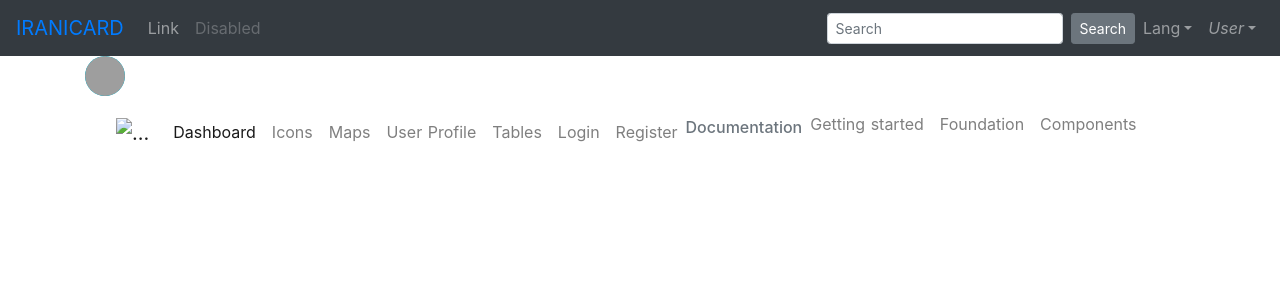
Repository: hosseinemami1370/iranicard
Page: /user
An editor plug-in stored every save of this project. The page is shown before and after the next save, followed by the edit.
The browser window is 1280 px wide. The pictures show the whole page.
Pictures or frames that could not be fetched are drawn as grey boxes. The page's requests for data from a server got no answer. The project was rebuilt for these pictures with package versions that can differ from the ones it lists, and the page was loaded fresh each time. The framework's server and built-in components were replaced by stand-ins that run in the browser. No one was signed in, and anything a server would have sent is missing. Also part of the build but not shown: nuxt.config.js, components/Header.vue, components/Logo.vue, components/UI/AppButton.vue, layouts/admin.vue, layouts/error.vue.

Above is the page before, as saved 2021-03-15 00:01:03.
Not found: img/brand/green.png
Not found: img/theme/team-1.jpg

### components/navigation/Header.vue
<template>


<div>
  <b-navbar toggleable="lg" type="dark" variant="dark">
    <b-navbar-brand  ><nuxt-link to="/">IRANICARD</nuxt-link></b-navbar-brand>

    <b-navbar-toggle target="nav-collapse"></b-navbar-toggle>

    <b-collapse id="nav-collapse" is-nav>
      <b-navbar-nav>
        <b-nav-item href="#">Link</b-nav-item>
        <b-nav-item href="#" disabled>Disabled</b-nav-item>
      </b-navbar-nav>

      <!-- Right aligned nav items -->
      <b-navbar-nav class="ml-auto">
        <b-nav-form>
          <b-form-input size="sm" class="mr-sm-2" placeholder="Search"></b-form-input>
          <b-button size="sm" class="my-2 my-sm-0" type="submit">Search</b-button>
        </b-nav-form>

        <b-nav-item-dropdown text="Lang" right>
          <b-dropdown-item href="#">EN</b-dropdown-item>
          <b-dropdown-item href="#">ES</b-dropdown-item>
          <b-dropdown-item href="#">RU</b-dropdown-item>
          <b-dropdown-item href="#">FA</b-dropdown-item>
        </b-nav-item-dropdown>

        <b-nav-item-dropdown right>
          <!-- Using 'button-content' slot -->
          <template #button-content>
            <em>User</em>
          </template>
          <b-dropdown-item href="#">Profile</b-dropdown-item>
          <b-dropdown-item @click="onLogout">Sign Out</b-dropdown-item>
        </b-nav-item-dropdown>
      </b-navbar-nav>
    </b-collapse>
  </b-navbar>
</div>
</template>

<script>


export default {
  middleware: ["check-auth"],

  methods: {
    onLogout() {
      this.$store.dispatch("logout");
      this.$router.push("/auth");
    }
  }

}
</script>



<style>

</style>

### layouts/default.vue
<template>
  <div>

    <Nuxt />
  </div>
</template>
<script>
// import Header from '@/components/navigation/Header'
 export default {
//    components:{
//      Header
//    }
computed:{

    loadedData() {
      return this.$store.getters.isAuthenticated

  }
}
 }

</script>

<style>
html {
  font-family:
    'Source Sans Pro',
    -apple-system,
    BlinkMacSystemFont,
    'Segoe UI',
    Roboto,
    'Helvetica Neue',
    Arial,
    sans-serif;
  font-size: 16px;
  word-spacing: 1px;
  -ms-text-size-adjust: 100%;
  -webkit-text-size-adjust: 100%;
  -moz-osx-font-smoothing: grayscale;
  -webkit-font-smoothing: antialiased;
  box-sizing: border-box;
}

*,
*::before,
*::after {
  box-sizing: border-box;
  margin: 0;
}

.button--green {
  display: inline-block;
  border-radius: 4px;
  border: 1px solid #3b8070;
  color: #3b8070;
  text-decoration: none;
  padding: 10px 30px;
}

.button--green:hover {
  color: #fff;
  background-color: #3b8070;
}

.button--grey {
  display: inline-block;
  border-radius: 4px;
  border: 1px solid #35495e;
  color: #35495e;
  text-decoration: none;
  padding: 10px 30px;
  margin-left: 15px;
}

.button--grey:hover {
  color: #fff;
  background-color: #35495e;
}
</style>

### layouts/header.vue
<template>
 <div>
   <Header />
   <nuxt />
 </div>

</template>

<script>
import Header from '@/components/navigation/Header'
export default {
    components:{
        Header

    },

}
</script>

<style>

</style>

### store/index.js
import Vuex from "vuex";

import Cookie from "js-cookie";

const createStore =() =>{
   return new Vuex.Store({
    state:{
        loadedData:[],
        token:null,
        // visibelLogout:true
    },
    mutations:{
        SETTOKEN(state,token){
            state.token=token;
        },
        CLEARTOKEN(state) {
            state.token = null;
          },
          SETEDATA(state,data){
            state.loadedData=data;
          }
        // SETVISIBLE(state,visible){
        //     state.visibelLogout=visible
        // }
    },
    actions:{
        authenticationUser(vuexContext,authData){
            let authUrl =
          "https://www.googleapis.com/identitytoolkit/v3/relyingparty/verifyPassword?key=" +
          process.env.fbAPIKey;
        if (!authData.isLogin) {
          authUrl =
            "https://www.googleapis.com/identitytoolkit/v3/relyingparty/signupNewUser?key=" +
            process.env.fbAPIKey;
        }
        return this.$axios
          .$post(authUrl, {
            email: authData.email,
            password: authData.password,
            returnSecureToken: true
          })
          .then(result => {
            console.log("result:",result);
            vuexContext.commit("SETEDATA",result.email);
            vuexContext.commit("SETTOKEN", result.idToken);
            localStorage.setItem("token", result.idToken);
            localStorage.setItem("data",result.email);
            console.log("result.expiresIn",result.expiresIn);
            localStorage.setItem(
              "tokenExpiration",
              new Date().getTime() + Number.parseInt(result.expiresIn) * 1000
            );
            Cookie.set("jwt", result.idToken);
            Cookie.set(
              "expirationDate",
              new Date().getTime() + Number.parseInt(result.expiresIn) * 1000
            );
          })
          .catch(e => {
            console.log('error1:', e);
            alert("usre or password invalid!")
          });
        },
        initAuth(vuexContext, req) {
            let token;
            let expirationDate;
            if (req) {
              if (!req.headers.cookie) {
                return;
              }
              const jwtCookie = req.headers.cookie
                .split(";")
                .find(c => c.trim().startsWith("jwt="));
              if (!jwtCookie) {
                return;
              }
              token = jwtCookie.split("=")[1];
              expirationDate = req.headers.cookie
                .split(";")
                .find(c => c.trim().startsWith("expirationDate="))
                .split("=")[1];
            }
            else {
              token = localStorage.getItem("token");
              expirationDate = localStorage.getItem("tokenExpiration");
            }
            if (new Date().getTime() > +expirationDate || !token) {
              console.log("No token or invalid token");
              vuexContext.dispatch("logout");
              return;
            }
            vuexContext.commit("SETTOKEN", token);
          },
          logout(vuexContext) {
            vuexContext.commit("CLEARTOKEN");
            Cookie.remove("jwt");
            Cookie.remove("expirationDate");
            if (process.client) {
              localStorage.removeItem("token");
              localStorage.removeItem("tokenExpiration");
            }
          },
        // setVisible(vuexContext,payload){
        //     vuexContext.commit("SETVISIBLE", payload);
        // }
    },
    getters: {
      loadedData(state) {
        return state.loadedData;
      },
      isAuthenticated(state) {
        return state.token != null;
      },
      // loadedVisible(state){
      //   return state.visibelLogout
      // }
    }
   })
}
export default createStore;

### plugins/core-component.js
import Vue from 'vue';
import AppButton from '@/components/UI/AppButton'
import Vuelidate from 'vuelidate'
Vue.use(Vuelidate)
Vue.component('AppButton', AppButton)

### pages/user/index.vue
<template>
  <div class="container">
    <!-- <b-button></b-button> -->
    <b-avatar variant="info" src="https://placekitten.com/300/300"></b-avatar>
    <span class="mr-auto">{{ email }}</span>
    <nav
      id="sidenav-main"
      class="navbar navbar-vertical fixed-left navbar-expand-md navbar-light bg-white"
    >
      <div class="container-fluid">
        <button
          type="button"
          data-toggle="collapse"
          aria-label="Toggle navigation"
          class="navbar-toggler"
        >
          <span class="navbar-toggler-icon"></span><span></span></button
        ><a href="#/" class="navbar-brand active"
          ><img src="img/brand/green.png" alt="..." class="navbar-brand-img"
        /></a>
        <ul class="nav align-items-center d-md-none">
          <li data-v-9e976cde="" class="nav-item dropdown">
            <a
              data-v-9e976cde=""
              href="#"
              role="button"
              aria-haspopup="true"
              aria-expanded="false"
              class="nav-link nav-link-icon"
              ><i data-v-9e976cde="" class="ni ni-bell-55"></i
            ></a>
            <ul data-v-9e976cde="" class="dropdown-menu dropdown-menu-right">
              <a data-v-9e976cde="" href="#" class="dropdown-item">Action</a
              ><a data-v-9e976cde="" href="#" class="dropdown-item"
                >Another action</a
              >
              <div data-v-9e976cde="" class="dropdown-divider"></div>
              <a data-v-9e976cde="" href="#" class="dropdown-item"
                >Something else here</a
              >
            </ul>
          </li>
          <li data-v-9e976cde="" class="nav-item dropdown">
            <a data-v-9e976cde="" href="#" role="button" class="nav-link"
              ><div data-v-9e976cde="" class="media align-items-center">
                <span data-v-9e976cde="" class="avatar avatar-sm rounded-circle"
                  ><img
                    data-v-9e976cde=""
                    alt="Image placeholder"
                    src="img/theme/team-1.jpg"
                /></span></div
            ></a>
            <ul data-v-9e976cde="" class="dropdown-menu dropdown-menu-right">
              <div data-v-9e976cde="" class="dropdown-header noti-title">
                <h6 data-v-9e976cde="" class="text-overflow m-0">Welcome!</h6>
              </div>
              <a href="#/profile" class="dropdown-item" data-v-9e976cde=""
                ><i class="ni ni-single-02"></i><span>My profile</span></a
              ><a href="#/profile" class="dropdown-item" data-v-9e976cde=""
                ><i class="ni ni-settings-gear-65"></i><span>Settings</span></a
              ><a href="#/profile" class="dropdown-item" data-v-9e976cde=""
                ><i class="ni ni-calendar-grid-58"></i><span>Activity</span></a
              ><a href="#/profile" class="dropdown-item" data-v-9e976cde=""
                ><i class="ni ni-support-16"></i><span>Support</span></a
              >
              <div data-v-9e976cde="" class="dropdown-divider"></div>
              <a data-v-9e976cde="" href="#!" class="dropdown-item"
                ><i data-v-9e976cde="" class="ni ni-user-run"></i
                ><span data-v-9e976cde="">Logout</span></a
              >
            </ul>
          </li>
        </ul>
        <div
          id="sidenav-collapse-main"
          class="navbar-collapse collapse show"
          style="display: none"
        >
          <div class="navbar-collapse-header d-md-none">
            <div class="row">
              <div class="col-6 collapse-brand">
                <a href="#/" class="active"
                  ><img src="img/brand/green.png"
                /></a>
              </div>
              <div class="col-6 collapse-close">
                <button
                  type="button"
                  data-toggle="collapse"
                  aria-label="Toggle navigation"
                  class="navbar-toggler"
                >
                  <span class="navbar-toggler-icon"></span><span></span>
                </button>
              </div>
            </div>
          </div>
          <ul class="navbar-nav">
            <a
              href="#/dashboard"
              class="nav-item router-link-exact-active active"
              aria-current="page"
              ><!----><!----><a
                href="/dashboard"
                class="nav-link router-link-exact-active active"
                aria-current="page"
                ><i class="ni ni-tv-2 text-primary"></i
                ><span class="nav-link-text">Dashboard</span></a
              ></a
            ><a href="#/icons" class="nav-item"
              ><!----><!----><a href="/icons" class="nav-link"
                ><i class="ni ni-planet text-blue"></i
                ><span class="nav-link-text">Icons</span></a
              ></a
            ><a href="#/maps" class="nav-item"
              ><!----><!----><a href="/maps" class="nav-link"
                ><i class="ni ni-pin-3 text-orange"></i
                ><span class="nav-link-text">Maps</span></a
              ></a
            ><a href="#/profile" class="nav-item"
              ><!----><!----><a href="/profile" class="nav-link"
                ><i class="ni ni-single-02 text-yellow"></i
                ><span class="nav-link-text">User Profile</span></a
              ></a
            ><a href="#/tables" class="nav-item"
              ><!----><!----><a href="/tables" class="nav-link"
                ><i class="ni ni-bullet-list-67 text-red"></i
                ><span class="nav-link-text">Tables</span></a
              ></a
            ><a href="#/login" class="nav-item"
              ><!----><!----><a href="/login" class="nav-link"
                ><i class="ni ni-key-25 text-info"></i
                ><span class="nav-link-text">Login</span></a
              ></a
            ><a href="#/register" class="nav-item"
              ><!----><!----><a href="/register" class="nav-link"
                ><i class="ni ni-circle-08 text-pink"></i
                ><span class="nav-link-text">Register</span></a
              ></a
            >
          </ul>
          <hr class="my-3" />
          <h6 class="navbar-heading text-muted">Documentation</h6>
          <ul class="navbar-nav mb-md-3">
            <li class="nav-item">
              <a
                href="https://www.creative-tim.com/learning-lab/bootstrap-vue/alerts/argon-dashboard"
                class="nav-link"
                ><i class="ni ni-spaceship"></i> Getting started
              </a>
            </li>
            <li class="nav-item">
              <a
                href="https://www.creative-tim.com/learning-lab/bootstrap-vue/colors/argon-dashboard"
                class="nav-link"
                ><i class="ni ni-palette"></i> Foundation
              </a>
            </li>
            <li class="nav-item">
              <a
                href="https://www.creative-tim.com/learning-lab/bootstrap-vue/alerts/argon-dashboard"
                class="nav-link"
                ><i class="ni ni-ui-04"></i> Components
              </a>
            </li>
          </ul>
        </div>
      </div>
    </nav>
  </div>
</template>

<script>
export default {
  layout: "header",
  middleware: ["auth"],
  computed: {
    // loadedData() {
    //   return this.$store.getters.loadedData
    // }
  },
  data() {
    return {
      email: localStorage.getItem("data"),
    };
  },
};
</script>

<style>
</style>

After the next save:
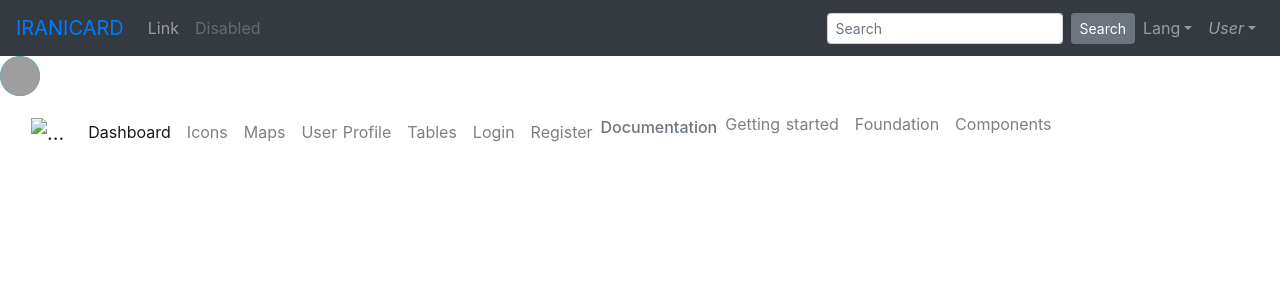
Saved 38 s later.
--- a/pages/user/index.vue
+++ b/pages/user/index.vue
@@ -1,5 +1,5 @@
 <template>
-  <div class="container">
+  <div >
     <!-- <b-button></b-button> -->
     <b-avatar variant="info" src="https://placekitten.com/300/300"></b-avatar>
     <span class="mr-auto">{{ email }}</span>
